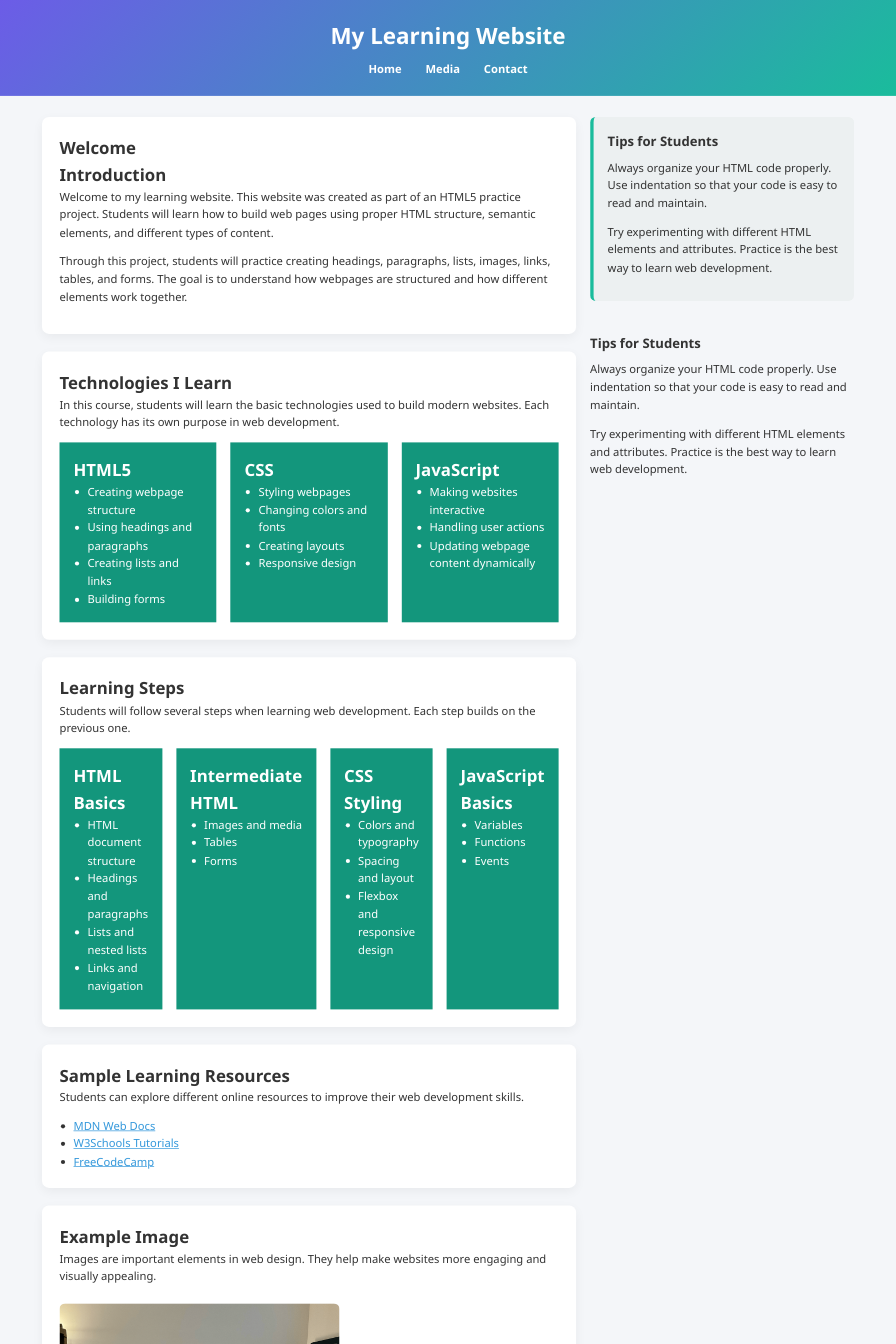
Repository: Than-sothearak/web_client_programing
Page: Week_03/index.html
An editor plug-in stored every save of this project. The page is shown before and after the next save, followed by the edit.
The browser window is 1280 px wide. The pictures show the part of the page from y = 0 to 1920 px (the page is 2722 px tall), at 70% of full size.

Above is the page before, as saved 2026-03-24 22:05:25.

After the next save:
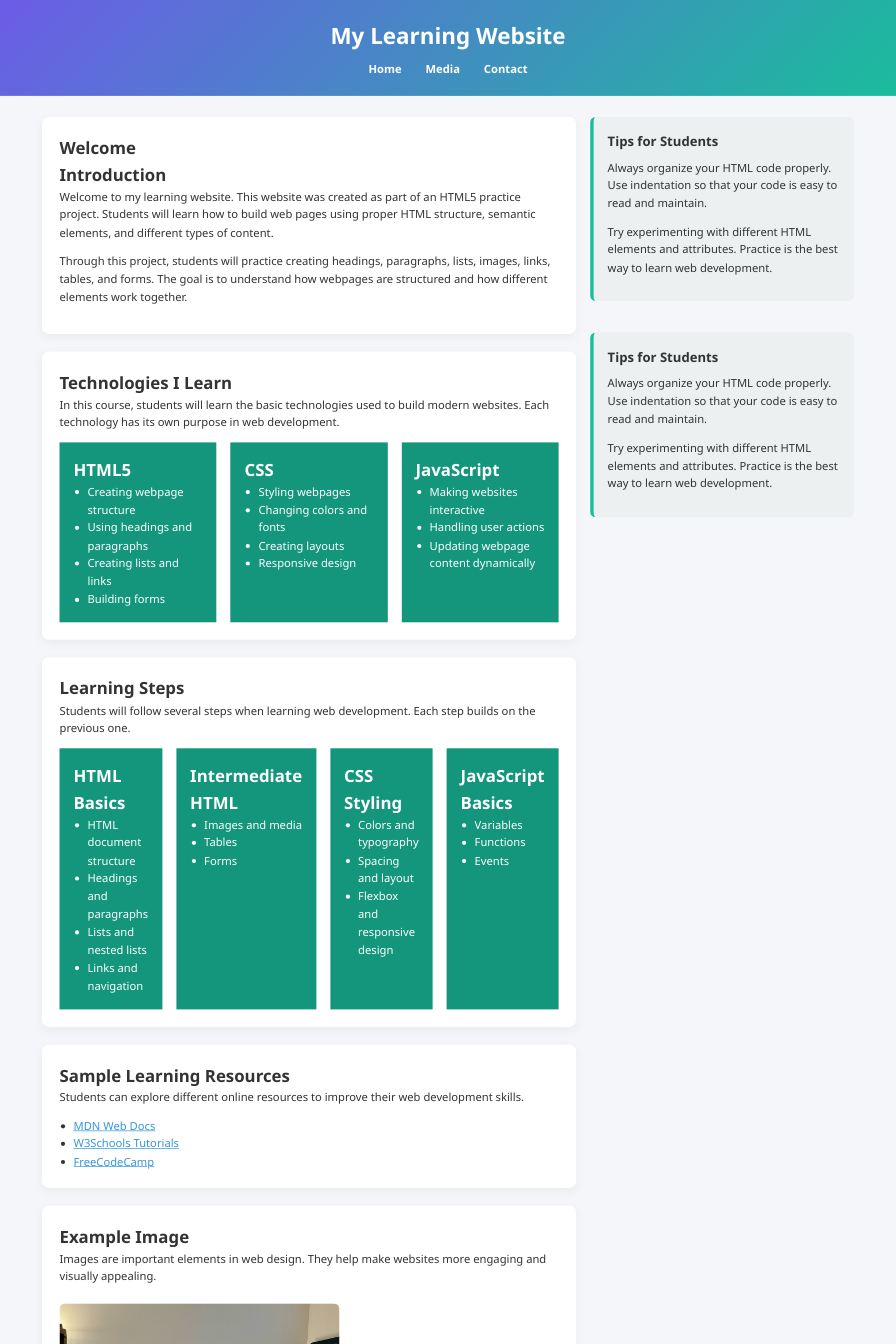
Saved 9 s later.
--- a/Week_03/index.html
+++ b/Week_03/index.html
@@ -222,7 +222,7 @@
           </p>
         </div>
 
-        <div>
+        <div class="aside-card">
           <h3>Tips for Students</h3>
 
           <p>
